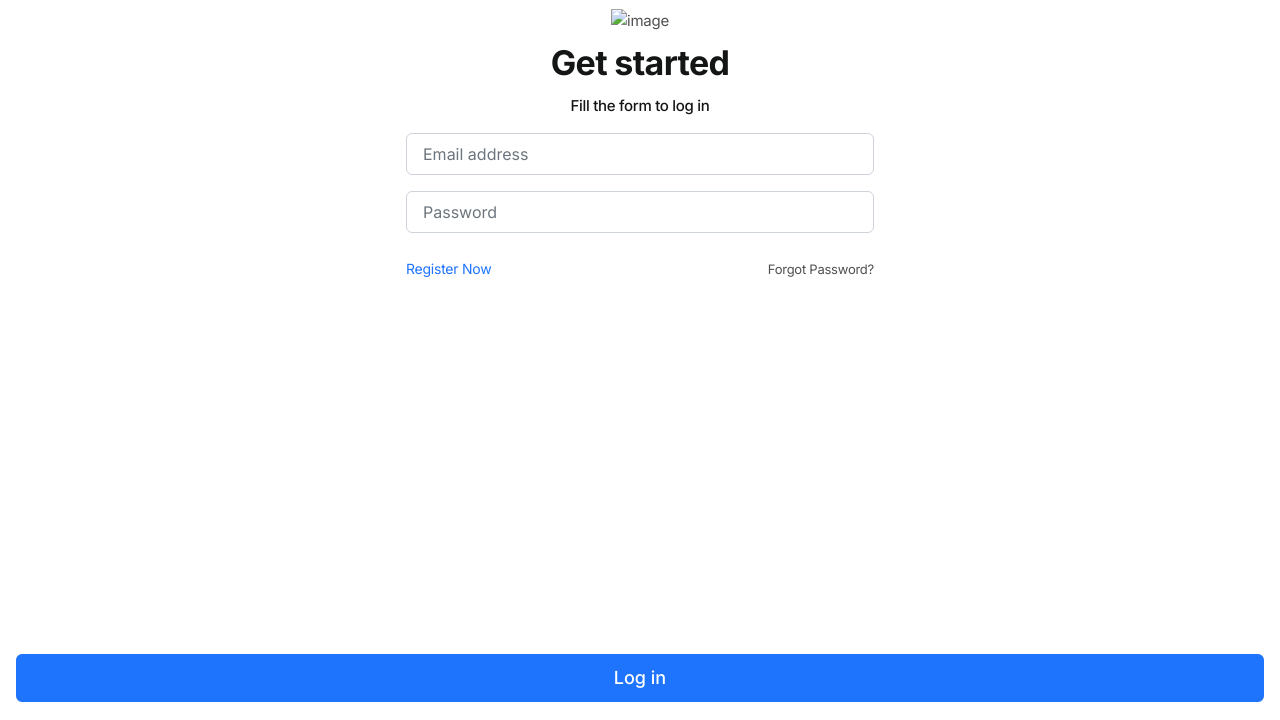
Repository: ryanmlnaa/TA-SEM4
Page: http://localhost/
The author's editor kept a copy of each file at every save. The page is drawn from the files as they stood at one save, then again after a run of saves.
The browser window is 1280 px wide. The pictures show the whole page.
Some web libraries are served in a nearby version. The page is served by the project's Laravel application, run on PHP 8.4 with Laravel 9.

Above is the page before, as saved 2025-02-15 16:42:31.

After the next 2 saves:
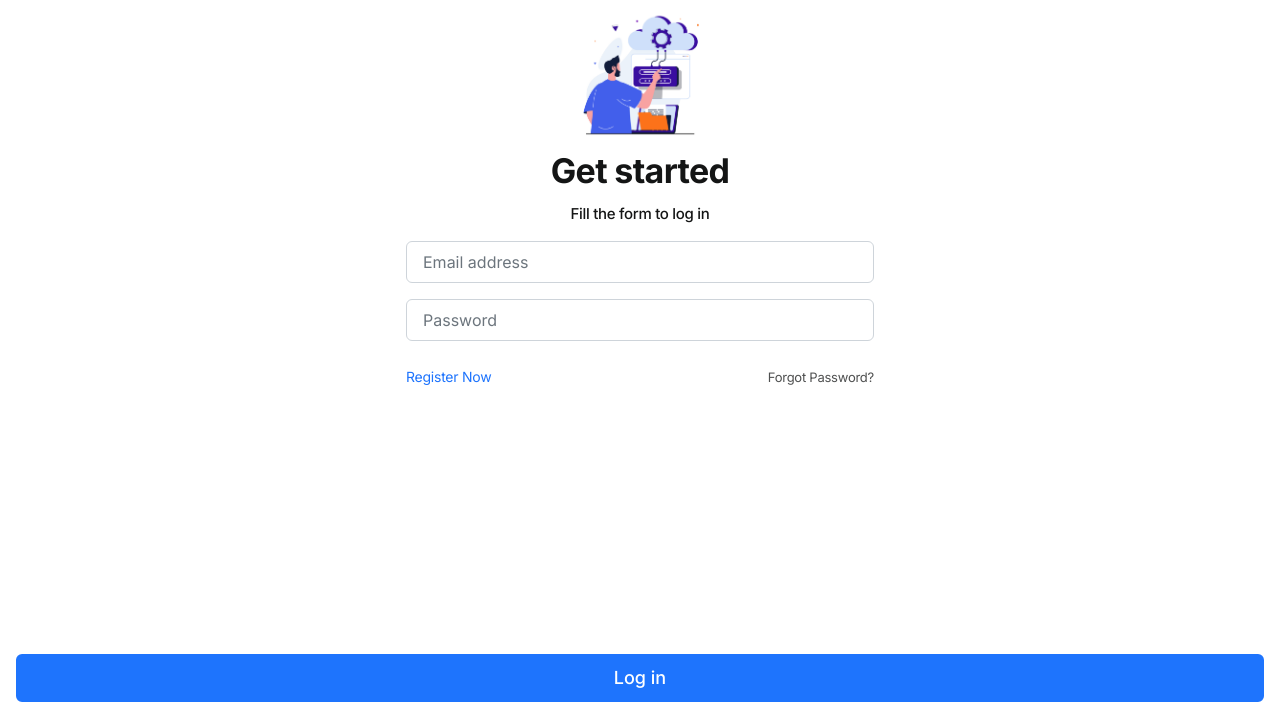
The 2 saves are shown as one change because they came seconds apart.
The last was saved 12 s later.
--- a/resources/views/auth/login.blade.php
+++ b/resources/views/auth/login.blade.php
@@ -31,7 +31,7 @@
 
         <div class="login-form mt-1">
             <div class="section">
-                <img src="{{ asset('assets/img/login')}}" alt="image" class="form-image">
+                <img src="{{ asset('assets/img/login/login.jpg')}}" alt="image" class="form-image">
             </div>
             <div class="section mt-1">
                 <h1>Get started</h1>
